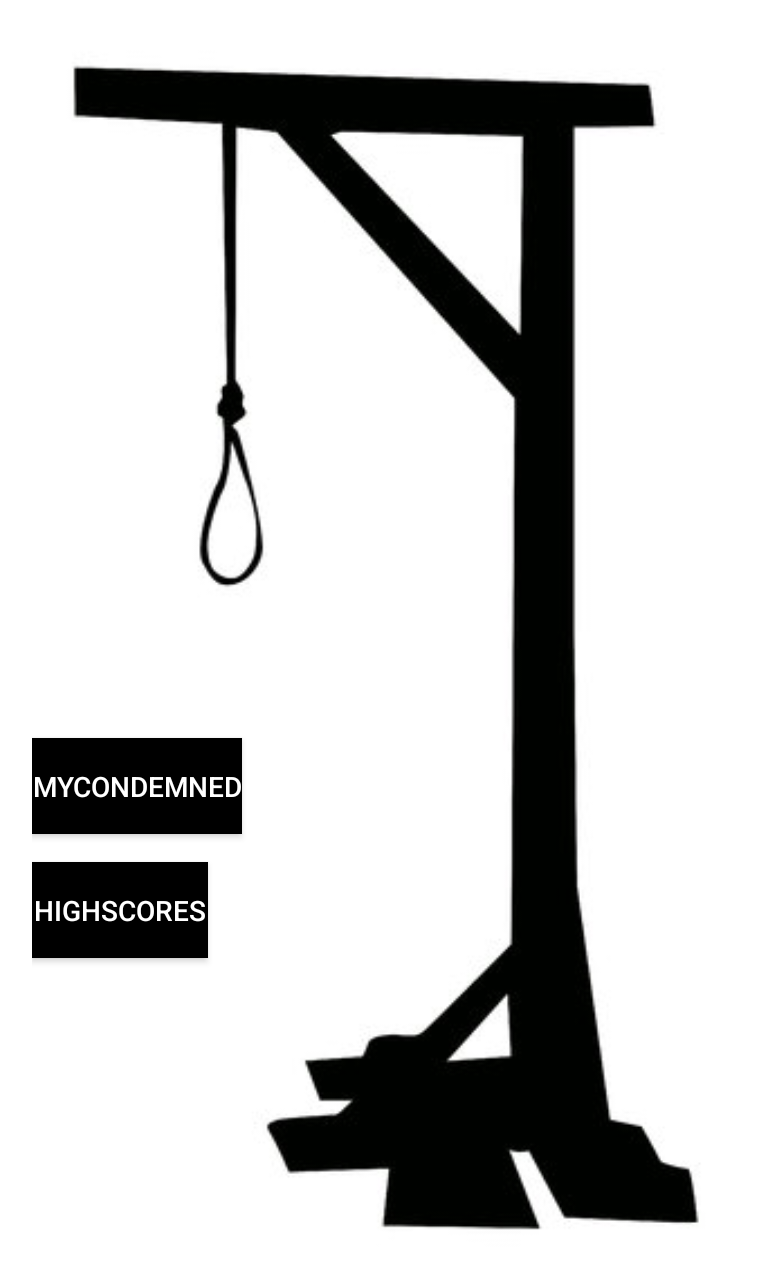
Repository: Sjaakja/hangman_app_studio
Layout: workspace/Hangman-TimeToSaveYourFriends/res/layout/fragment_main.xml
The author's editor kept a copy of each file at every save. The layout is drawn from the files as they stood at one save, then again after the next save.
It is drawn on a 768 x 1280 px phone screen (xhdpi) without system bars, with theme AppTheme; the app's code is not run.

Above is the layout before, as saved 2014-06-09 14:53:25.

### workspace/Hangman-TimeToSaveYourFriends/res/layout/fragment_main.xml
<RelativeLayout xmlns:android="http://schemas.android.com/apk/res/android"
    xmlns:tools="http://schemas.android.com/tools"
    android:background="@drawable/gallow"
    android:layout_width="match_parent"
    android:layout_height="match_parent"
    android:paddingBottom="@dimen/activity_vertical_margin"
    android:paddingLeft="@dimen/activity_horizontal_margin"
    android:paddingRight="@dimen/activity_horizontal_margin"
    android:paddingTop="@dimen/activity_vertical_margin"
    tools:context="com.example.hangman_timetosaveyourfriends.MainActivity$PlaceholderFragment" >

    <Button
        android:id="@+id/button1"
        android:layout_width="wrap_content + 1"
        android:layout_height="wrap_content"
        android:layout_alignParentLeft="true"
        android:layout_centerVertical="true"
        android:text="@string/title_activity_play"
        android:background="@color/black"
        android:textColor="@color/white" />

    <Button
        android:id="@+id/button3"
        android:layout_width="wrap_content"
        android:layout_height="wrap_content"
        android:layout_alignLeft="@+id/button2"
        android:layout_below="@+id/button2"
        android:layout_marginTop="14dp"
        android:background="@color/black"
        android:text="@string/title_activity_highscores"
        android:textColor="@color/white" />

    <Button
        android:id="@+id/button2"
        android:layout_width="wrap_content"
        android:layout_height="wrap_content"
        android:layout_alignLeft="@+id/button1"
        android:layout_below="@+id/button1"
        android:layout_marginTop="15dp"
        android:background="@color/black"
        android:text="@string/title_activity_my_condemned"
        android:textColor="@color/white" />

</RelativeLayout>

### workspace/Hangman-TimeToSaveYourFriends/res/values/strings.xml
<?xml version="1.0" encoding="utf-8"?>
<resources>

    <string name="app_name">Hangman - Time to save your friends</string>
    <string name="hello_world">Hello world!</string>
    <string name="action_settings">Settings</string>
    <string name="title_activity_play_settings">PlaySettings</string>
    <string name="title_activity_play">Play</string>
    <string name="title_activity_my_condemned">MyCondemned</string>
    <string name="title_activity_highscores">Highscores</string>

</resources>

### workspace/Hangman-TimeToSaveYourFriends/res/values/color.xml
<?xml version="1.0" encoding="utf-8"?>
<resources>

    <item name="black" type="color">#000000</item>
    <item name="white" type="color">#FFFFFF</item>

    <item name="blue" type="color">#FF33B5E5</item>
    <item name="purple" type="color">#FFAA66CC</item>
    <item name="green" type="color">#FF99CC00</item>
    <item name="orange" type="color">#FFFFBB33</item>
    <item name="red" type="color">#FFFF4444</item>
    <item name="darkblue" type="color">#FF0099CC</item>
    <item name="darkpurple" type="color">#FF9933CC</item>
    <item name="darkgreen" type="color">#FF669900</item>
    <item name="darkorange" type="color">#FFFF8800</item>
    <item name="darkred" type="color">#FFCC0000</item>


</resources>

Loaded but not shown: workspace/Hangman-TimeToSaveYourFriends/res/values/styles.xml (common file); workspace/Hangman-TimeToSaveYourFriends/res/values-v11/styles.xml (common file); workspace/Hangman-TimeToSaveYourFriends/res/values-v14/styles.xml (common file); workspace/Hangman-TimeToSaveYourFriends/res/values/dimens.xml (common file); workspace/Hangman-TimeToSaveYourFriends/res/values-w820dp/dimens.xml (common file)

After the next save:
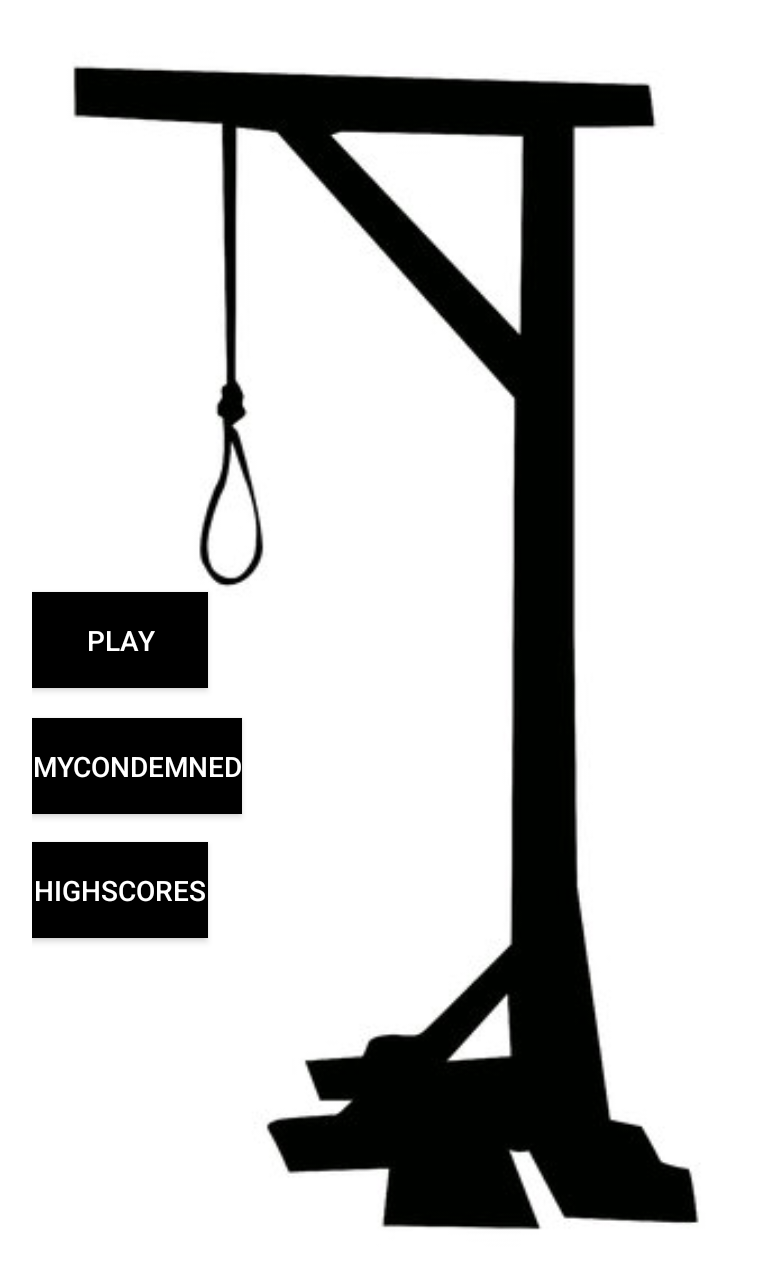
Saved 119 s later.
--- a/workspace/Hangman-TimeToSaveYourFriends/res/layout/fragment_main.xml
+++ b/workspace/Hangman-TimeToSaveYourFriends/res/layout/fragment_main.xml
@@ -11,7 +11,7 @@
 
     <Button
         android:id="@+id/button1"
-        android:layout_width="wrap_content + 1"
+        android:layout_width="wrap_content"
         android:layout_height="wrap_content"
         android:layout_alignParentLeft="true"
         android:layout_centerVertical="true"
